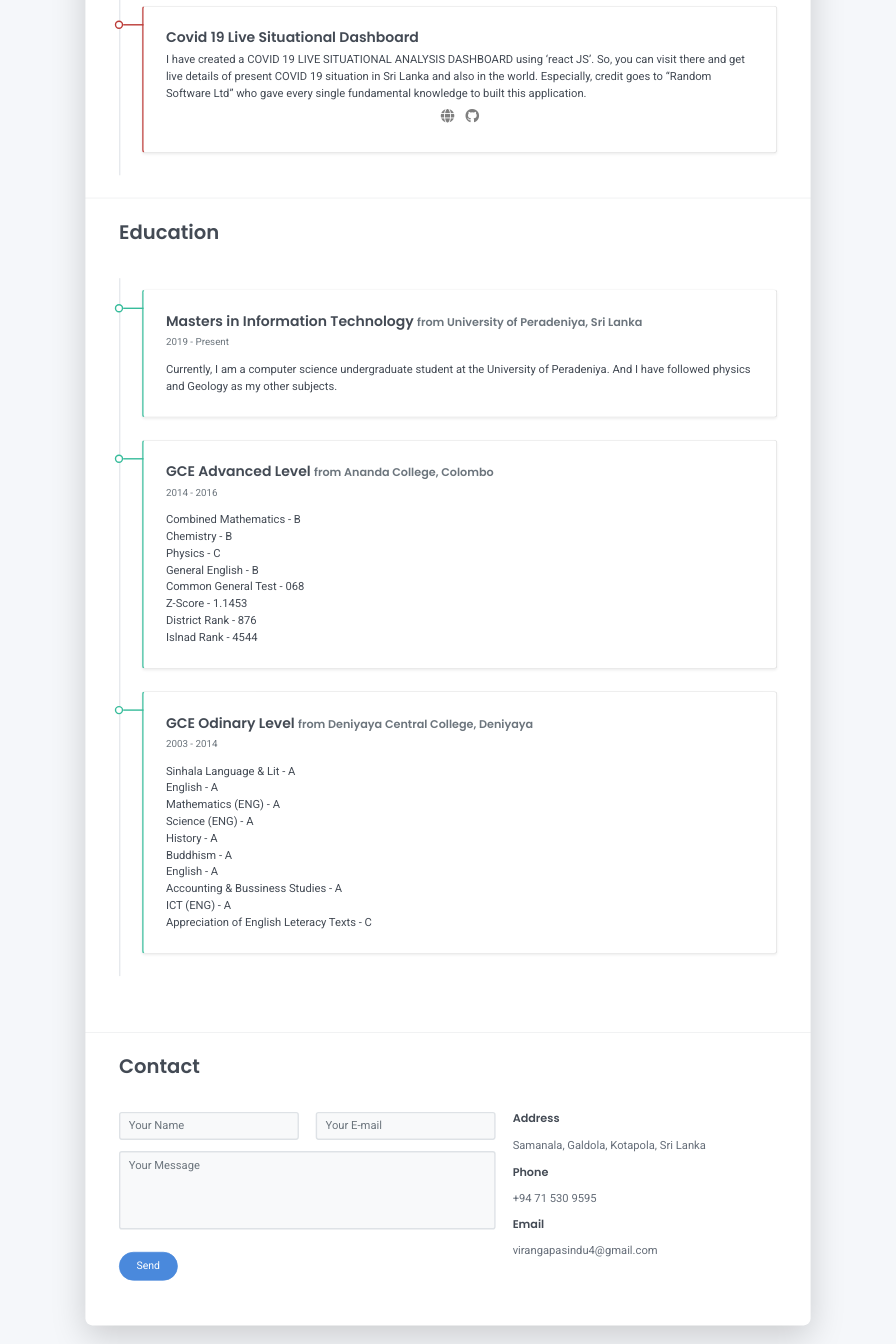
Repository: virangaj/resume
Page: index.html
An editor plug-in stored every save of this project. The page is shown before and after the next save, followed by the edit.
The browser window is 1280 px wide. The pictures show the part of the page from y = 2109 to 4029 px (the page is 4297 px tall before and 4539 px after), at 70% of full size.

Above is the page before, as saved 2021-08-31 20:10:12.

After the next save:
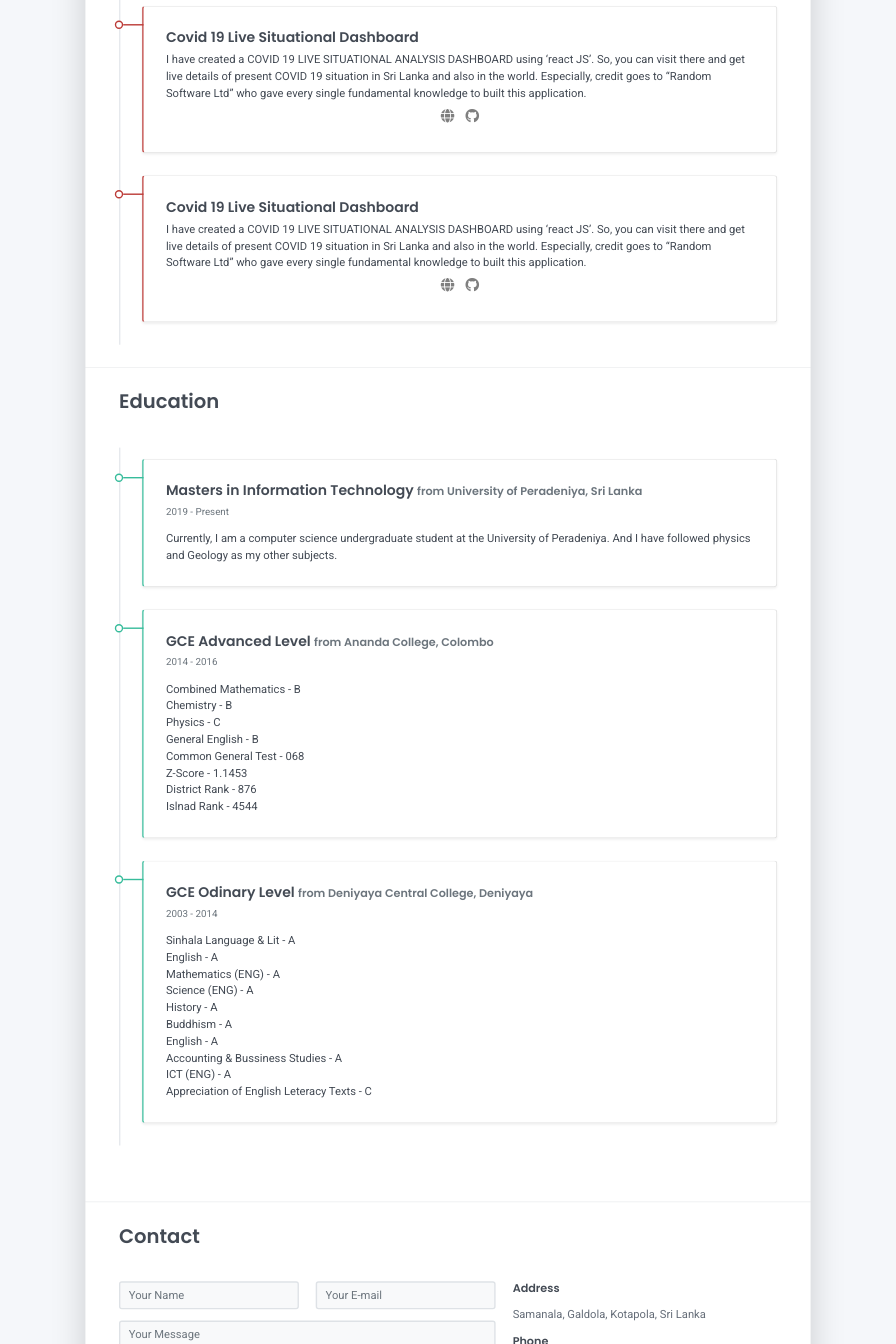
Saved 67 s later.
--- a/index.html
+++ b/index.html
@@ -471,6 +471,56 @@
 					        </div>
 								</div>
 							</div>
+
+
+
+
+<div class="timeline-card timeline-card-alert card shadow-sm">
+								<div class="card-body">
+									<div class="h5 mb-1">Covid 19 Live Situational Dashboard</div>
+
+									<div>
+										I have created a COVID 19 LIVE SITUATIONAL ANALYSIS
+										DASHBOARD using ‘react JS’. So, you can visit there and get
+										live details of present COVID 19 situation in Sri Lanka and
+										also in the world. Especially, credit goes to “Random
+										Software Ltd” who gave every single fundamental knowledge to
+										built this application.<br />
+
+									</div>
+                  <div class="footer-nav">
+                    <nav role="navigation">
+                      <ul class="nav justify-content-center">
+
+
+                        <li class="nav-item">
+                          <a
+                            target="_blank"
+                            class="nav-link"
+                            href="https://covid19-api-imagezero.netlify.app/"
+                            title="Live Demo"
+                            ><i class="fas fa-globe"></i></i
+                            ></a
+                          >
+                        </li>
+                        <li class="nav-item">
+                          <a
+                            target="_blank"
+                            class="nav-link"
+                            href="https://github.com/Viranga-pasi/Covid19-dashboard-netlify"
+                            title="Github"
+                            ><i class="fab fa-github"></i
+                            ></a
+                          >
+                        </li>
+                      </ul>
+                    </nav>
+					        </div>
+								</div>
+							</div>
+
+
+
 						</div>
 					</div>
 					<hr class="d-print-none" />
